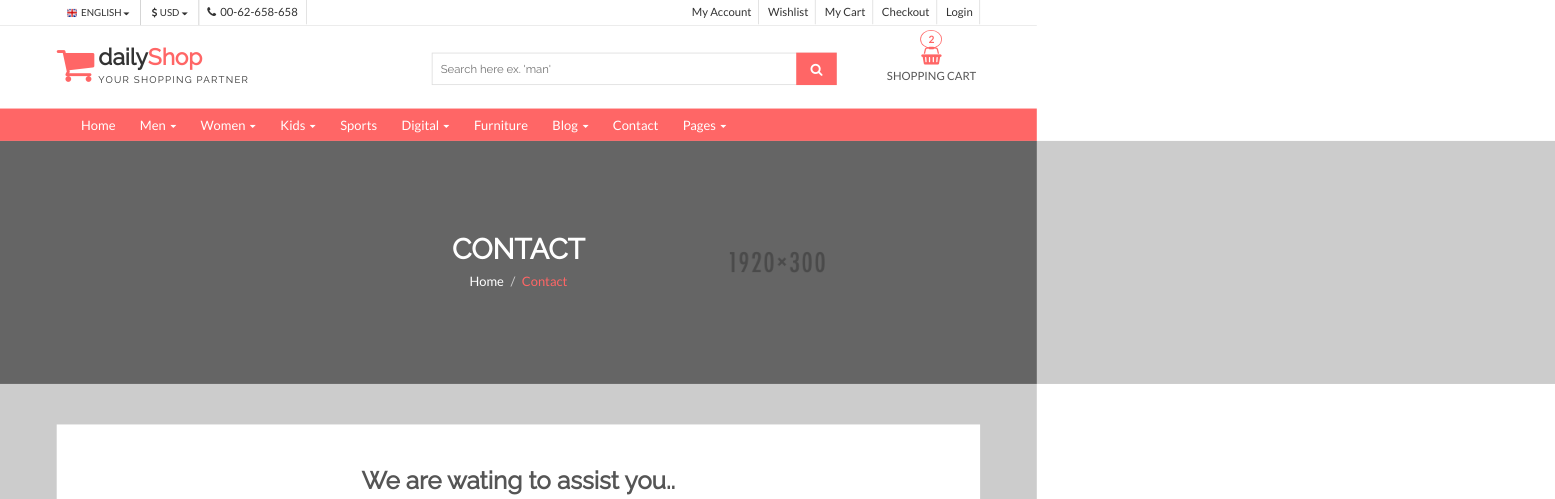
Repository: congle98/case-study-module4-frontend
Page: MarkUps-dailyShop/dailyShop/contact.html
The author's editor kept a copy of each file at every save. The page is drawn from the files as they stood at one save, then again after a run of saves.
The browser window is 1280 px wide. The page is 1920 px wide, so the pictures cover 1920 px, including what lies to the right of the window. The pictures show the part of the page from y = 0 to 616 px (the page is 2257 px tall), at 81% of full size.
Some web libraries are served in a nearby version.

Above is the page before, as saved 2021-07-06 23:41:36.
Console error: TypeError: Cannot read properties of null (reading 'getAttribute')

After the next 2 saves:
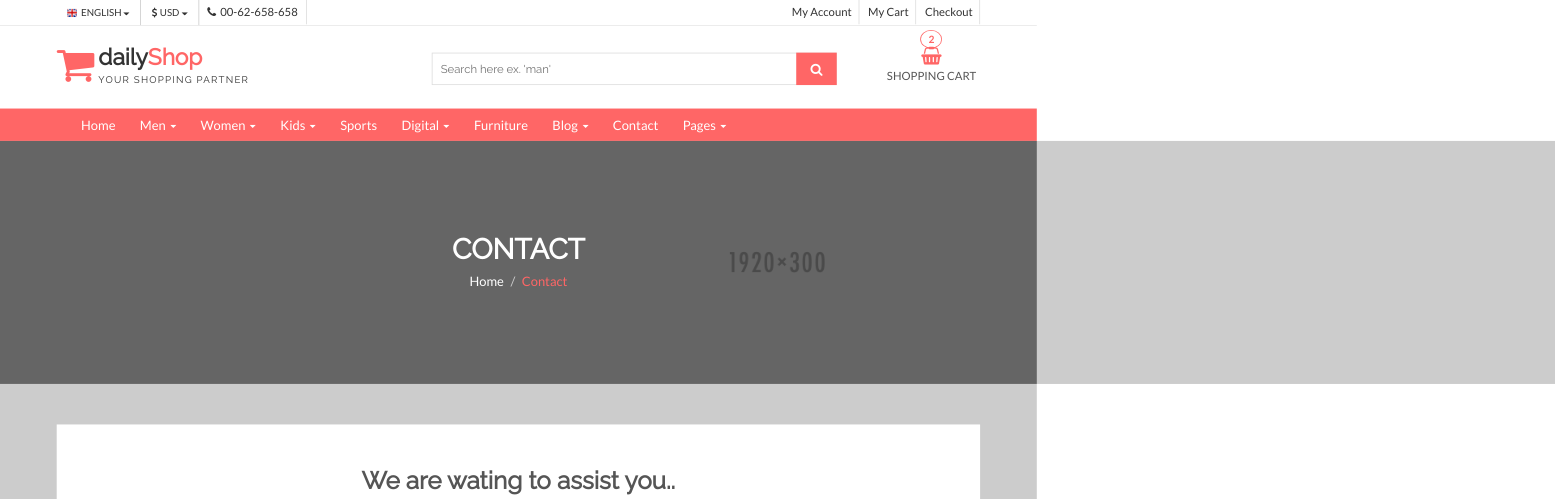
The 2 saves are shown as one change because they came seconds apart.
The last was saved 14 s later.
--- a/MarkUps-dailyShop/dailyShop/contact.html
+++ b/MarkUps-dailyShop/dailyShop/contact.html
@@ -101,10 +101,8 @@
               <div class="aa-header-top-right">
                 <ul class="aa-head-top-nav-right">
                   <li><a href="account.html">My Account</a></li>
-                  <li class="hidden-xs"><a href="wishlist.html">Wishlist</a></li>
                   <li class="hidden-xs"><a href="cart.html">My Cart</a></li>
                   <li class="hidden-xs"><a href="checkout.html">Checkout</a></li>
-                  <li><a href="" data-toggle="modal" data-target="#login-modal">Login</a></li>
                 </ul>
               </div>
             </div>
